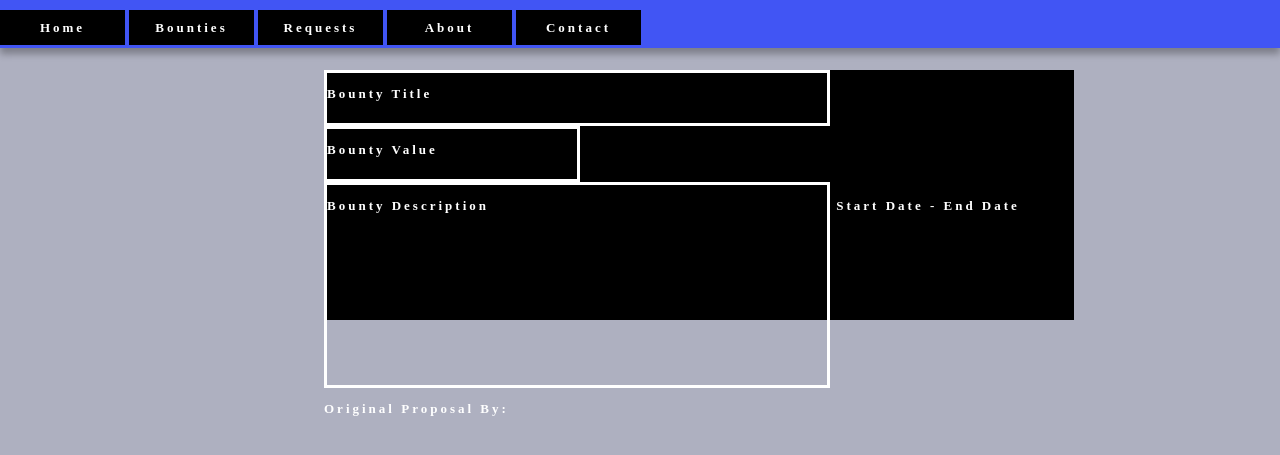
Repository: mailog/Tomorrow
Page: http://localhost/bounties
An editor plug-in stored every save of this project. The page is shown before and after the next save, followed by the edit.
The browser window is 1280 px wide. The pictures show the whole page.
The page is this project's Thymeleaf template; nobody is signed in. The template is opened directly, without the code that normally fills it, so the values that code supplies are empty.

Above is the page before, as saved 2017-07-27 03:53:01.

After the next save:
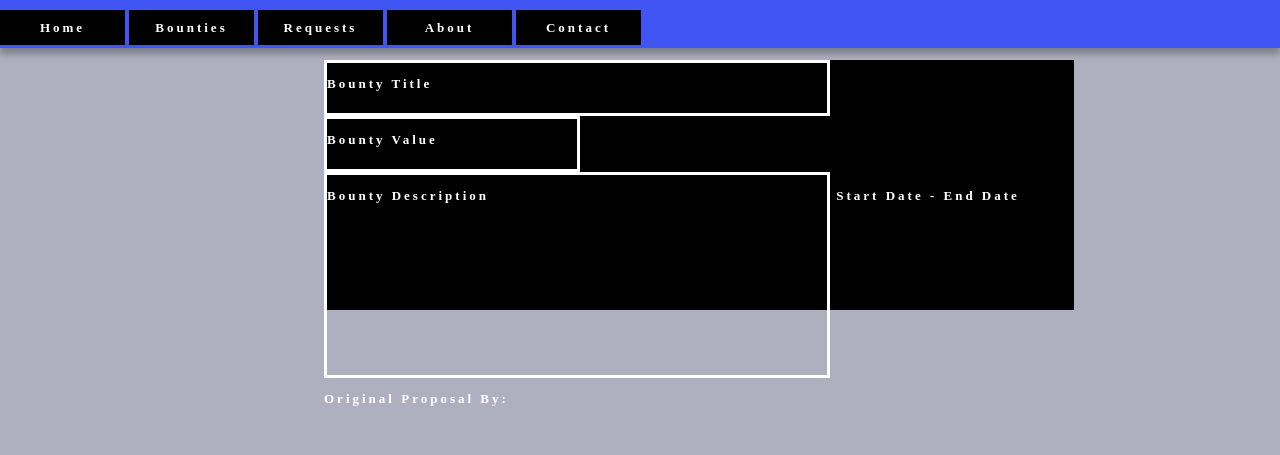
Saved 16 s later.
--- a/Tomorrow/src/main/resources/static/css/bounties.css
+++ b/Tomorrow/src/main/resources/static/css/bounties.css
@@ -19,10 +19,6 @@
 		font-weight:bold;
 		letter-spacing: 3px;
 		cursor: pointer;
-		margin-top: 10px;
-		margin-bottom: 6px;
-		margin-right: 0px;
-		margin-left: 0px;
 		border-bottom-style: none;
 		text-decoration:none;
 }
